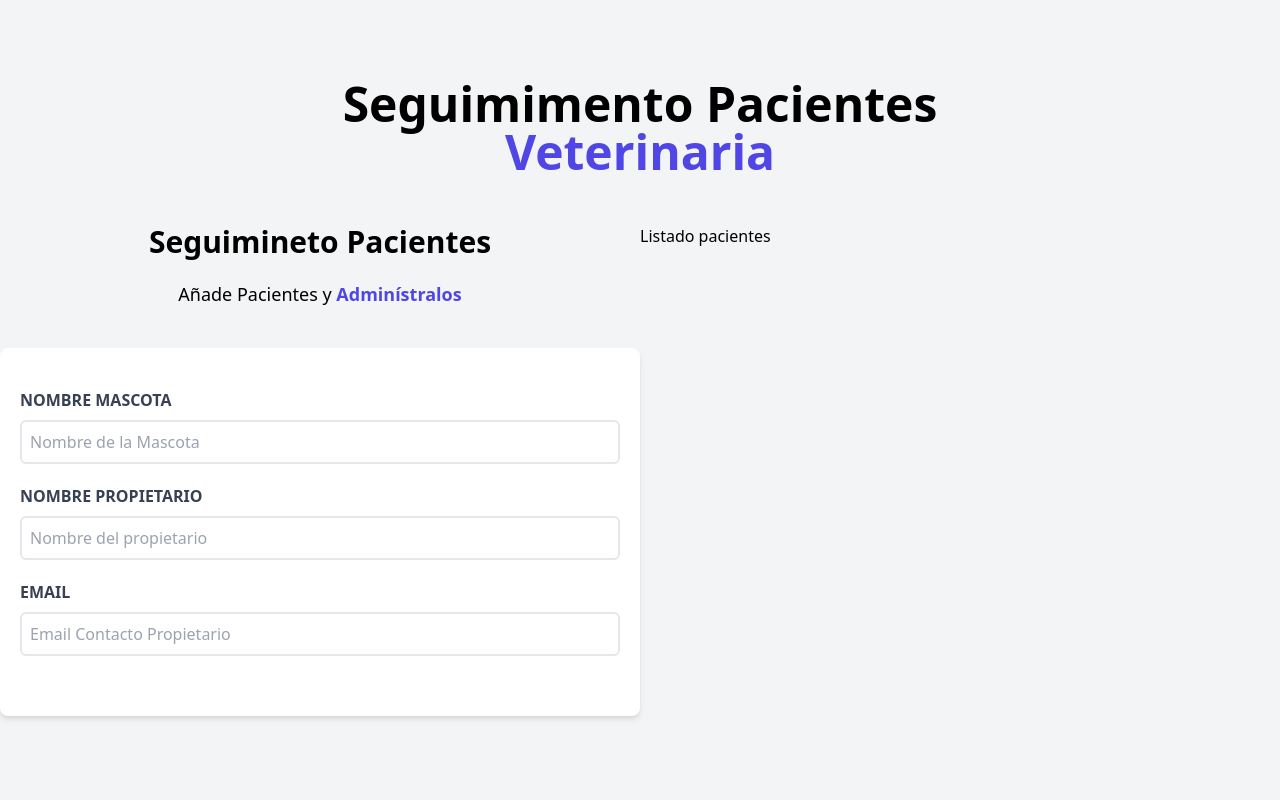
Repository: rlaureano/citas_react
Page: /
The author's editor kept a copy of each file at every save. The page is drawn from the files as they stood at one save, then again after the next save.
The browser window is 1280 px wide. The pictures show the whole page.
The project was rebuilt for these pictures with package versions that can differ from the ones it lists, and the page was loaded fresh each time. Also part of the build but not shown: vite.config.js.

Above is the page before, as saved 2022-01-11 23:04:09.

### src/App.jsx
import Formulario from "./components/Formulario"
import Header from "./components/Header"
import ListadoPacientes from "./components/ListadoPacientes"

function App() {

  return (
    <div className="container mx-auto mt-20">
      <Header  />
      <div className="mt-12 md:flex">
        <Formulario  />
        <ListadoPacientes />
      </div>
    </div>
  )
}

export default App

### src/components/Formulario.jsx
import React from 'react'

const Formulario = () => {
  return (
    <div className="md:w-1/2 lg:w2/5">

      <h2 className="font-black text-3xl text-center">Seguimineto Pacientes</h2>

      <p className="text-lg mt-5 text-center mb-10">
        Añade Pacientes y {''}
        <span className="text-indigo-600 font-bold text-lg">Adminístralos</span>
      </p>

      <form action="" className="bg-white shadow-md rounded-lg py-10 px-5">
        <div className="mb-5">
          <label htmlFor="mascota" className="block text-gray-700 uppercase font-bold">Nombre Mascota</label>
          <input
            id='mascota'
            type="text"
            placeholder="Nombre de la Mascota"
            className="border-2 w-full p-2 mt-2 placeholder-gray-400 rounded-md"
          />
        </div>

        <div className="mb-5">
          <label htmlFor="propietario" className="block text-gray-700 uppercase font-bold">Nombre Propietario</label>
          <input
            id='propietario'
            type="text"
            placeholder="Nombre del propietario"
            className="border-2 w-full p-2 mt-2 placeholder-gray-400 rounded-md"
          />
        </div>

        <div className="mb-5">
          <label htmlFor="email" className="block text-gray-700 uppercase font-bold">Email</label>
          <input
            id='email'
            type="email"
            placeholder="Email Contacto Propietario"
            className="border-2 w-full p-2 mt-2 placeholder-gray-400 rounded-md"
          />
        </div>
      </form>

    </div>
  )
}

export default Formulario

### src/components/Header.jsx
function Header() {
  return (

      <h1 className="font-black text-5xl text-center md:w-2/3 mx-auto">Seguimimento Pacientes {''}
        <span className="text-indigo-600">Veterinaria</span>
      </h1>

  )
}

export default Header

### src/components/ListadoPacientes.jsx
import React from 'react'

const ListadoPacientes = () => {
  return (
    <div className="w-1/2 ld:w-3/5">
      <h2>Listado pacientes</h2>
    </div>
  )
}

export default ListadoPacientes

### tailwind.config.js
module.exports = {
  purge: ["./index.html", "./src/**/*.{jsx}"],
  content: [],
  theme: {
    extend: {},
  },
  plugins: [],
}

Loaded but not shown: index.html (common file); src/main.jsx (common file); src/index.css (common file)

After the next save:
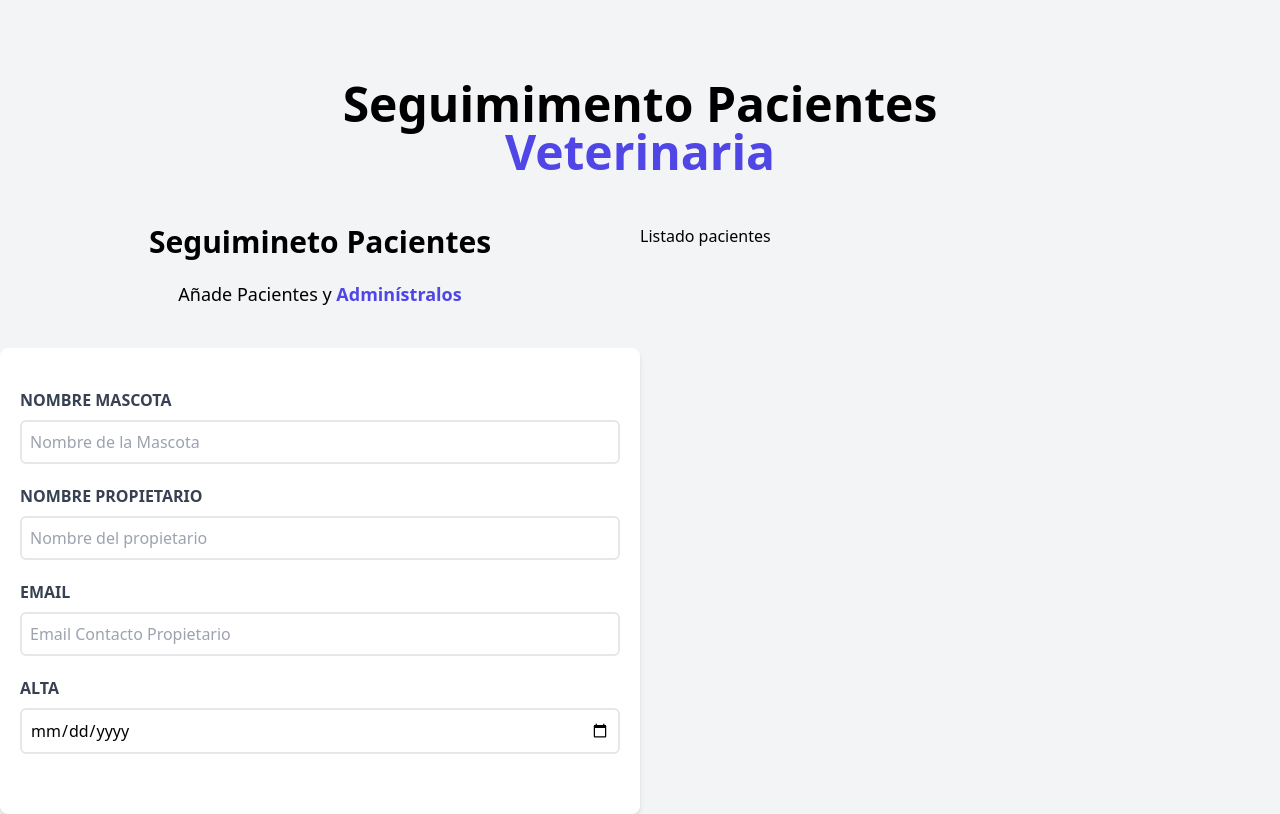
Saved 109 s later.
--- a/src/components/Formulario.jsx
+++ b/src/components/Formulario.jsx
@@ -41,6 +41,15 @@ const Formulario = () => {
             className="border-2 w-full p-2 mt-2 placeholder-gray-400 rounded-md"
           />
         </div>
+
+        <div className="mb-5">
+          <label htmlFor="alta" className="block text-gray-700 uppercase font-bold">Alta</label>
+          <input
+            id='alta'
+            type="date"
+            className="border-2 w-full p-2 mt-2 placeholder-gray-400 rounded-md"
+          />
+        </div>
       </form>
 
     </div>
